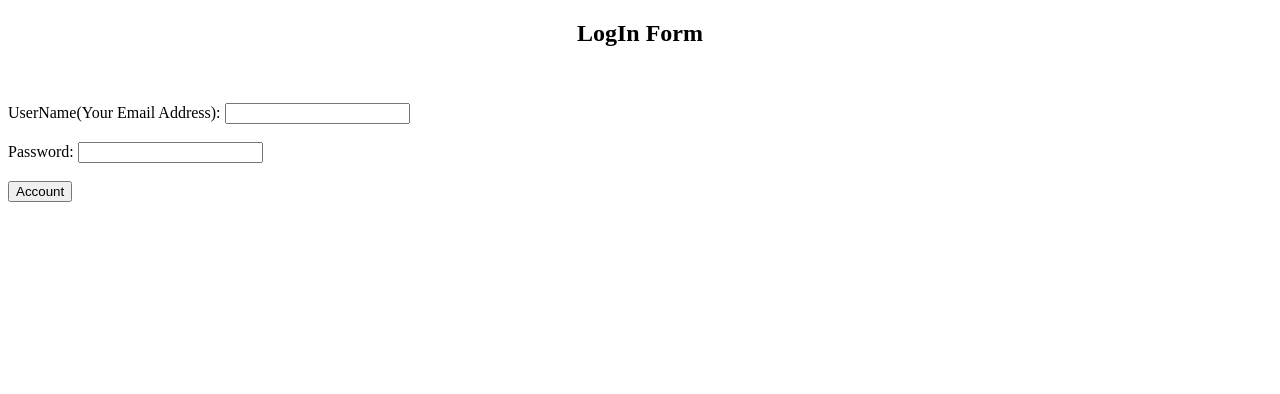
Repository: TagninaShama/CoreJavaJune2020
Page: http://localhost/FinalProject/LogInForm
The author's editor kept a copy of each file at every save. The page is drawn from the files as they stood at one save, then again after the next save.
The browser window is 1280 px wide. The pictures show the whole page.
The page is served by Tomcat 9. Other server files are loaded and not shown.

Above is the page before, as saved 2019-11-24 18:46:05.

### FinalProject/WebContent/LogIn.jsp
<%@ page language="java" contentType="text/html; charset=UTF-8"
    pageEncoding="UTF-8"%>
<!DOCTYPE html>
<html>
<head>
<meta charset="UTF-8">
<title>LogIn Form</title>
</head>
<body>
<h2><center>LogIn Form</center></h2>

<form name=addForm action=readLogIn method=post>

<br><br>
<label>UserName(Your Email Address):</label>
<input type="text" name="emailAddress"  value=""/>
<br><br>

<label>Password:</label>
<input type="text" name="password"  value=""/>
<br><br>
<input type="submit" name="submit" value="Account"/>
<br>

</form>


</body>
</html>

### FinalProject/src/controller/LogInFormServlet.java
package controller;

import java.io.IOException;

import javax.servlet.RequestDispatcher;
import javax.servlet.ServletException;
import javax.servlet.annotation.WebServlet;
import javax.servlet.http.HttpServlet;
import javax.servlet.http.HttpServletRequest;
import javax.servlet.http.HttpServletResponse;
import javax.servlet.http.HttpSession;

/**
 * Servlet implementation class LogInFormServlet
 */
@WebServlet("/LogInForm")
public class LogInFormServlet extends HttpServlet {
	private static final long serialVersionUID = 1L;

    /**
     * @see HttpServlet#HttpServlet()
     */
    public LogInFormServlet() {
        super();
        // TODO Auto-generated constructor stub
    }

	/**
	 * @see HttpServlet#doGet(HttpServletRequest request, HttpServletResponse response)
	 */
	protected void doGet(HttpServletRequest request, HttpServletResponse response) throws ServletException, IOException {
		// TODO Auto-generated method stub
		doPost(request, response);
	}

	/**
	 * @see HttpServlet#doPost(HttpServletRequest request, HttpServletResponse response)
	 */
	protected void doPost(HttpServletRequest request, HttpServletResponse response) throws ServletException, IOException {
		ReadLogInServlet login = new ReadLogInServlet();
		//login.doPost(request, response);
		HttpSession session = request.getSession();
		String url = "LogIn.jsp";

		RequestDispatcher dispatcher = request.getRequestDispatcher(url);
		dispatcher.forward(request, response);
	}

}

### FinalProject/WebContent/style.css
@charset "ISO-8859-1";

p{
	text-align: center;
	font-size:16px;
	color:black;
	text-transform: uppercase;
	font-family:"Courier new", Verdana, Times;
}

ul {
list-style-type: none;
margin: auto;
padding: auto;
overflow: hidden;
background-color: black;
}

li {
float: left;
}

li a {
display: block;
color: white;
text-align: center;
padding: 16px 16px;
text-decoration: none;

}

li a:hover {
background-color: red;
}

form {
	margin-left: auto;
	margin-right: auto;
	text-align: center;
	padding: 5px;
	width: 400px;

}

After the next save:
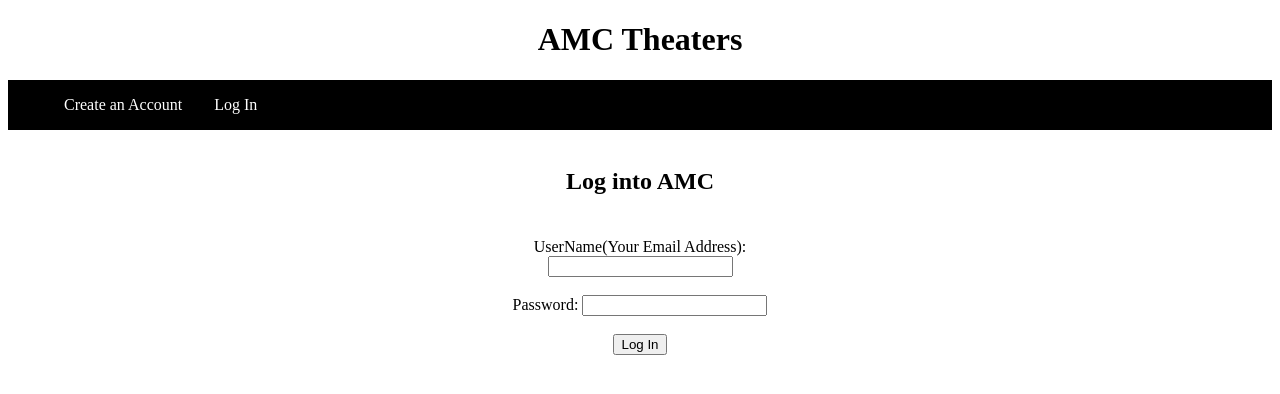
Saved 2 min 35 s later.
--- a/FinalProject/WebContent/LogIn.jsp
+++ b/FinalProject/WebContent/LogIn.jsp
@@ -4,14 +4,30 @@
 <html>
 <head>
 <meta charset="UTF-8">
+<link href="./style/style.css" type="text/css" rel="stylesheet">
 <title>LogIn Form</title>
+
 </head>
 <body>
-<h2><center>LogIn Form</center></h2>
+<h1><center>AMC Theaters</center></h1>
+
+<header>
+<nav>
+<ul>
+<!--<li><a href="MovieServlet">Movies</a></li>-->
+<li><a href="addAccountForm">Create an Account</a></li>
+<li><a href="LogIn.jsp">Log In </a></li>
+<!--<li><a href="cart.jsp"  id="cartLogo"><img src="images/cart2.png" alt="" id="cartLogo"/></a></li>-->
+</ul>
+</nav>
+
+</header>
+<br>
+<h2><center>Log into AMC</center></h2>
 
 <form name=addForm action=readLogIn method=post>
 
-<br><br>
+<br>
 <label>UserName(Your Email Address):</label>
 <input type="text" name="emailAddress"  value=""/>
 <br><br>
@@ -19,7 +35,7 @@
 <label>Password:</label>
 <input type="text" name="password"  value=""/>
 <br><br>
-<input type="submit" name="submit" value="Account"/>
+<input type="submit" name="submit" value="Log In"/>
 <br>
 
 </form>
